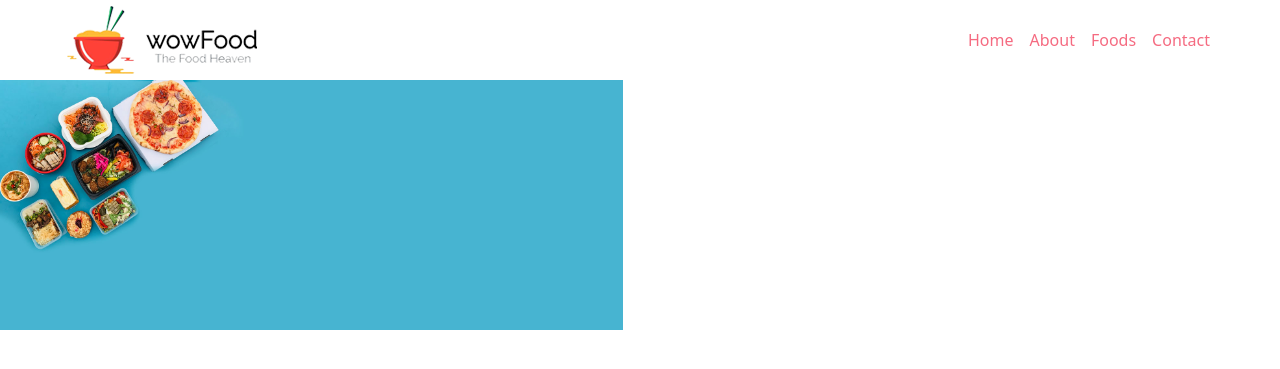
Repository: ruaruababa/RestaurantBS5
Page: html/index.html
These files come from the project's save history. The page is drawn as it stood at one moment and after the next save; the edit follows.
The browser window is 1280 px wide. The pictures show the whole page.

Above is the page before, as saved 2021-09-25 16:20:31.

### html/index.html
<!DOCTYPE html>
<html lang="en">

<head>
    <meta charset="UTF-8" />
    <meta http-equiv="X-UA-Compatible" content="IE=edge" />
    <meta name="viewport" content="width=device-width, initial-scale=1.0" />
    <title>Document</title>
    <link href="https://cdn.jsdelivr.net/npm/bootstrap@5.1.1/dist/css/bootstrap.min.css" rel="stylesheet"
        integrity="sha384-F3w7mX95PdgyTmZZMECAngseQB83DfGTowi0iMjiWaeVhAn4FJkqJByhZMI3AhiU" crossorigin="anonymous" />
    <link rel="stylesheet" href="https://cdn.jsdelivr.net/npm/bootstrap-icons@1.5.0/font/bootstrap-icons.css" />
    <link rel="stylesheet" href="/css/style.css">
</head>

<body>
        <nav class="navbar navbar-expand-lg navbar-light bg-light nav-fixed">
            <div class="container-fluid ">
                <a class="navbar-brand" href="#">
                    <img src="/img/logo.png" alt="">
                </a>
                <button class="navbar-toggler" type="button" data-bs-toggle="collapse"
                    data-bs-target="#navbarSupportedContent" aria-controls="navbarSupportedContent"
                    aria-expanded="false" aria-label="Toggle navigation">
                    <span class="navbar-toggler-icon"></span>
                </button>
                <div class="collapse navbar-collapse" id="navbarSupportedContent">
                    <ul class="navbar-nav ">
                        <li class="nav-item">
                            <a class="nav-link active nav-link-fixed" aria-current="page" href="#">Home</a>
                        </li>
                        <li class="nav-item">
                            <a class="nav-link active nav-link-fixed" aria-current="page" href="#">About</a>
                        </li>
                        <li class="nav-item">
                            <a class="nav-link active nav-link-fixed" aria-current="page" href="#">Foods</a>
                        </li>
                        <li class="nav-item">
                            <a class="nav-link active nav-link-fixed" aria-current="page" href="#">Contact</a>
                        </li>
                    </ul>
                </div>
            </div>
        </nav>

        <!-- End navbar -->

        <section>
            <div class="container-section">
                <img src="/img/bg.jpg" class="img-fluid" alt="Responsive image" style="height:250px; width:max-content">
            </div>
        </section>

    <script src="https://cdn.jsdelivr.net/npm/bootstrap@5.1.1/dist/js/bootstrap.bundle.min.js"
        integrity="sha384-/bQdsTh/da6pkI1MST/rWKFNjaCP5gBSY4sEBT38Q/9RBh9AH40zEOg7Hlq2THRZ" crossorigin="anonymous">
    </script>
</body>

</html>

### css/style.css
.nav-fixed{
    background-color: white!important;
    padding: 0 50px;
}
.navbar-collapse{
    justify-content: end;
}
.nav-link-fixed{
    text-align: center;
    color: #f56b81!important;
}

After the next save:
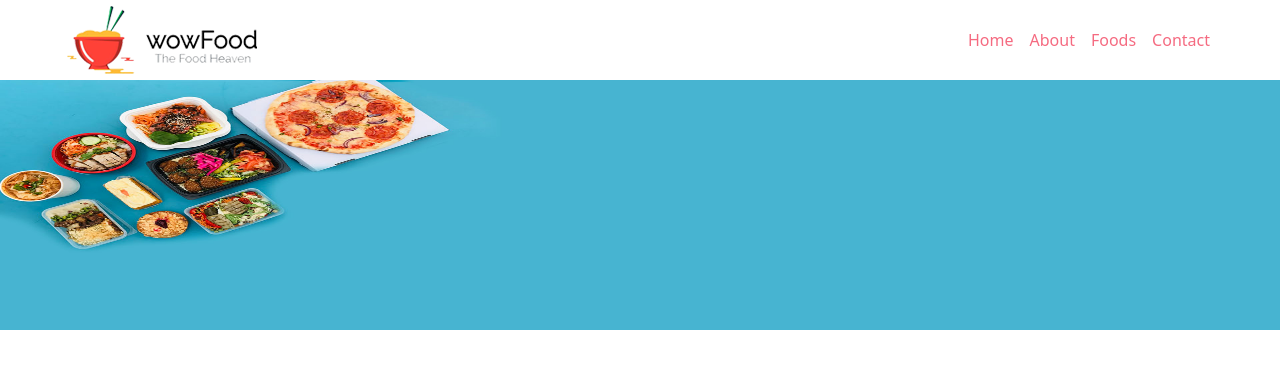
Saved 6 s later.
--- a/html/index.html
+++ b/html/index.html
@@ -46,7 +46,7 @@
 
         <section>
             <div class="container-section">
-                <img src="/img/bg.jpg" class="img-fluid" alt="Responsive image" style="height:250px; width:max-content">
+                <img src="/img/bg.jpg" class="img-fluid" alt="Responsive image" style="height:250px; width:100%">
             </div>
         </section>
 
